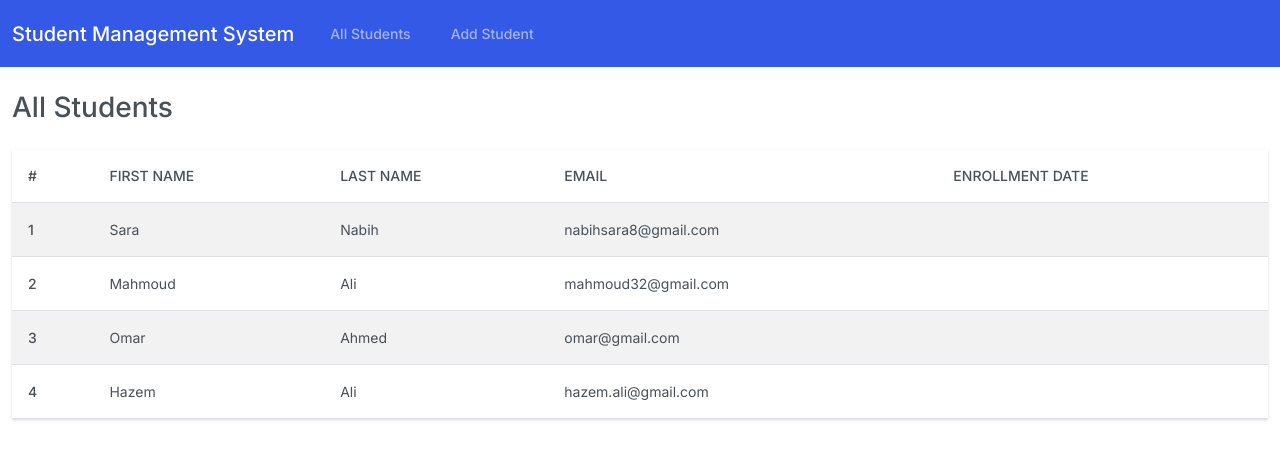
Repository: saraanbih/Student-Management-System
Page: http://localhost/
An editor plug-in stored every save of this project. The page is shown before and after the next save, followed by the edit.
The browser window is 1280 px wide. The pictures show the whole page.
The page is served by the project's application, run on Django 5.2 (manage.py). Other server files are loaded and not shown. The page reads the database file committed with the project.

Above is the page before, as saved 2025-09-11 15:31:01.

### students/templates/students/index.html
{% load static %}
<!DOCTYPE html>
<html lang="en">
  <head>
    <meta charset="UTF-8" />
    <meta name="viewport" content="width=device-width, initial-scale=1.0" />
    <title>Student Management System</title>
    <link href="{% static 'css/bootstrap.min.css' %}" rel="stylesheet" />
  </head>
  <body class="d-flex flex-column min-vh-100">
    <nav class="navbar navbar-expand-lg bg-primary" data-bs-theme="dark">
      <div class="container-fluid">
        <a class="navbar-brand" href="#">Student Management System</a>
        <button
          class="navbar-toggler"
          type="button"
          data-bs-toggle="collapse"
          data-bs-target="#navbarColor01"
          aria-controls="navbarColor01"
          aria-expanded="false"
          aria-label="Toggle navigation"
        >
          <span class="navbar-toggler-icon"></span>
        </button>
        <div class="collapse navbar-collapse" id="navbarColor01">
          <ul class="navbar-nav me-auto">
            <li class="nav-item">
              <a class="nav-link" href="#">All Students</a>
            </li>
            <li class="nav-item">
              <a class="nav-link" href="#">Add Student</a>
            </li>
          </ul>
        </div>
      </div>
    </nav>

    <div class="container-fluid my-4 flex-grow-1">
          <h3 class="mb-4">All Students</h3>
          <table class="table table-striped">
            <thead>
              <tr>
                <th scope="col">#</th>
                <th scope="col">First Name</th>
                <th scope="col">Last Name</th>
                <th scope="col">Email</th>
                <th scope="col">Enrollment Date</th>
              </tr>
            </thead>
            <tbody>
              {% for student in students %}
              <tr>
                <th scope="row">{{ forloop.counter }}</th>
                <td>{{ student.first_name }}</td>
                <td>{{ student.last_name }}</td>
                <td>{{ student.email }}</td>
                <td>{{ student.enrollment_date }}</td>
              </tr>
              {% empty %}
              <tr>
                <td colspan="5" class="text-center">No students found.</td>
              </tr>
              {% endfor %}
            </tbody>
          </table>
        </div>
      </div>

    </div>
    <script
      src="https://cdn.jsdelivr.net/npm/bootstrap@5.3.8/dist/js/bootstrap.bundle.min.js"
      integrity="sha384-FKyoEForCGlyvwx9Hj09JcYn3nv7wiPVlz7YYwJrWVcXK/BmnVDxM+D2scQbITxI"
      crossorigin="anonymous"
    ></script>
  </body>
</html>

### students/models.py
from django.db import models

# Create your models here.

class Student(models.Model):
  student_number = models.PositiveBigIntegerField
  first_name = models.CharField(max_length=50)
  last_name = models.CharField(max_length=50)
  email = models.EmailField(max_length=100)
  field_of_study = models.CharField(max_length=50)
  gpa = models.FloatField()

  def __str__(self):
    return f"{self.first_name} {self.last_name}"

### students/views.py
from django.shortcuts import render
from .models import Student

# Create your views here.
def index(request):
  return render(request, 'students/index.html', {
    'students': Student.objects.all()
  })

### django_project/urls.py
"""
URL configuration for django_project project.

The `urlpatterns` list routes URLs to views. For more information please see:
    https://docs.djangoproject.com/en/5.2/topics/http/urls/
Examples:
Function views
    1. Add an import:  from my_app import views
    2. Add a URL to urlpatterns:  path('', views.home, name='home')
Class-based views
    1. Add an import:  from other_app.views import Home
    2. Add a URL to urlpatterns:  path('', Home.as_view(), name='home')
Including another URLconf
    1. Import the include() function: from django.urls import include, path
    2. Add a URL to urlpatterns:  path('blog/', include('blog.urls'))
"""
from django.contrib import admin
from django.urls import path, include

urlpatterns = [
    path('admin/', admin.site.urls),
    path('', include('students.urls')),
]

### students/urls.py
from django.urls import path
from . import views

urlpatterns = [
  path('', views.index, name='index'),

]

### db.sqlite3 (the tables this page reads, as SQL)
CREATE TABLE "students_student" ("id" integer NOT NULL PRIMARY KEY AUTOINCREMENT, "first_name" varchar(50) NOT NULL, "last_name" varchar(50) NOT NULL, "email" varchar(100) NOT NULL, "field_of_study" varchar(50) NOT NULL, "gpa" real NOT NULL, "student_number" bigint unsigned NOT NULL CHECK ("student_number" >= 0));
INSERT INTO "students_student" VALUES
(4, 'Sara', 'Nabih', 'nabihsara8@gmail.com', 'Computer Science', 3.8, 400),
(6, 'Mahmoud', 'Ali', 'mahmoud32@gmail.com', 'Engineer', 3.09, 7),
(7, 'Omar', 'Ahmed', 'omar@gmail.com', 'Network', 3.08, 42),
(8, 'Hazem', 'Ali', 'hazem.ali@gmail.com', 'Backend', 3.0, 23);

Loaded but not shown: students/static/css/bootstrap.min.css (library)

After the next save:
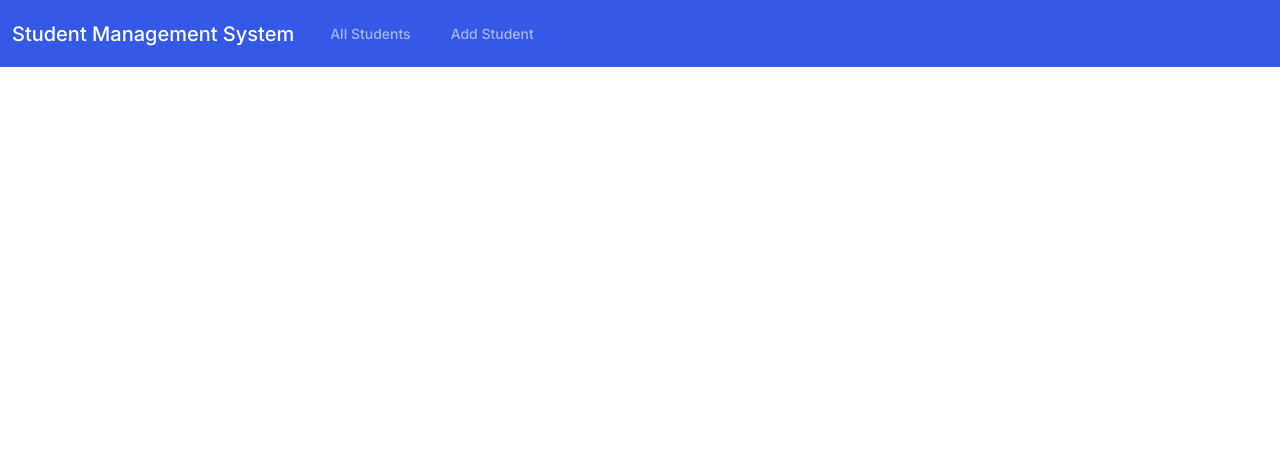
Saved 9 s later.
--- a/students/templates/students/index.html
+++ b/students/templates/students/index.html
@@ -35,36 +35,7 @@
       </div>
     </nav>
 
-    <div class="container-fluid my-4 flex-grow-1">
-          <h3 class="mb-4">All Students</h3>
-          <table class="table table-striped">
-            <thead>
-              <tr>
-                <th scope="col">#</th>
-                <th scope="col">First Name</th>
-                <th scope="col">Last Name</th>
-                <th scope="col">Email</th>
-                <th scope="col">Enrollment Date</th>
-              </tr>
-            </thead>
-            <tbody>
-              {% for student in students %}
-              <tr>
-                <th scope="row">{{ forloop.counter }}</th>
-                <td>{{ student.first_name }}</td>
-                <td>{{ student.last_name }}</td>
-                <td>{{ student.email }}</td>
-                <td>{{ student.enrollment_date }}</td>
-              </tr>
-              {% empty %}
-              <tr>
-                <td colspan="5" class="text-center">No students found.</td>
-              </tr>
-              {% endfor %}
-            </tbody>
-          </table>
-        </div>
-      </div>
+    <div class="container-flui">
 
     </div>
     <script
